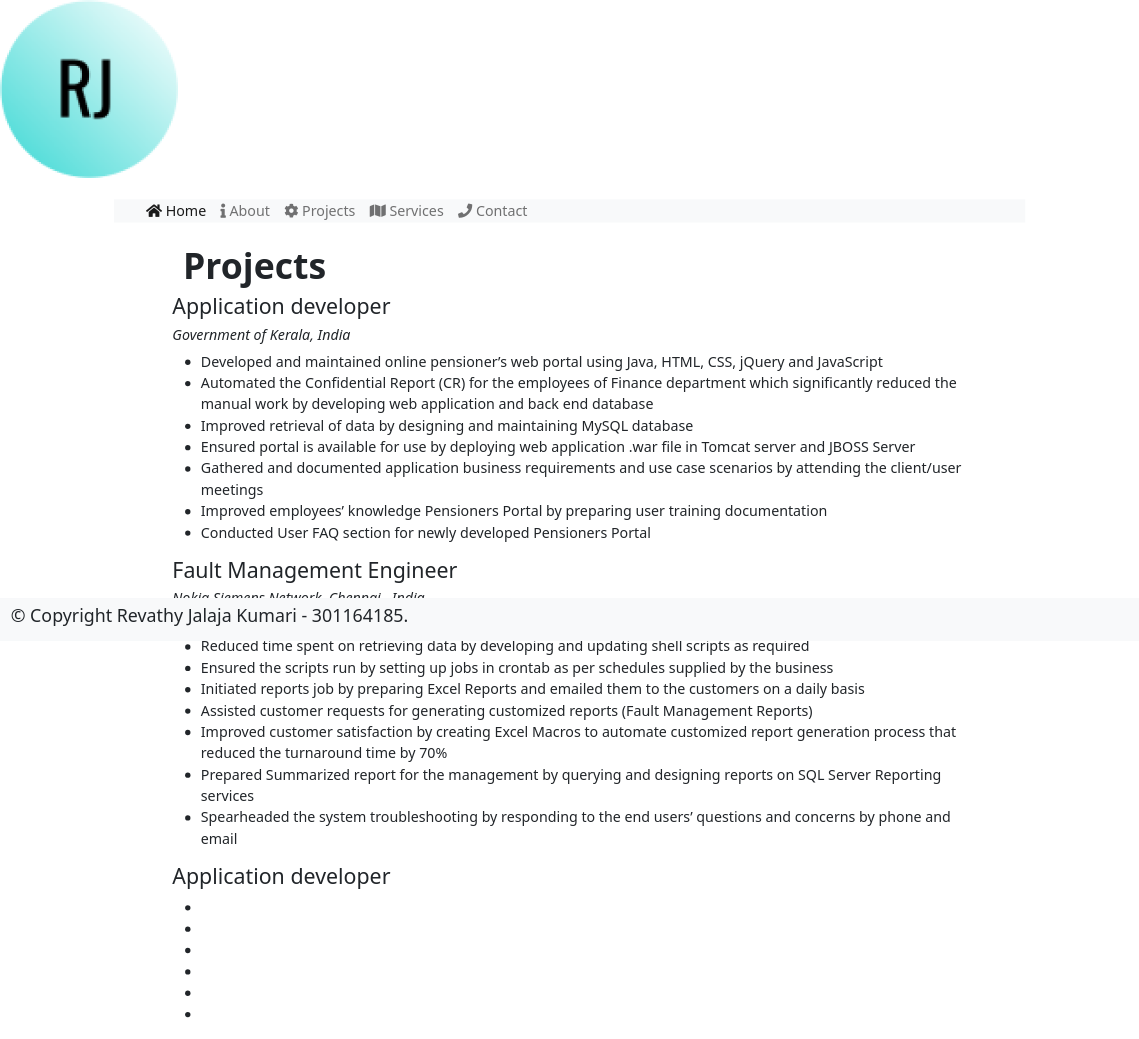
Repository: RevathyJK/Portfolio
Page: http://localhost/projects
The author's editor kept a copy of each file at every save. The page is drawn from the files as they stood at one save, then again after the next save.
The browser window is 1280 px wide. The pictures show the whole page, at 89% of full size.
The page is served by the project's Node server (server.js). Other server files are loaded and not shown.

Above is the page before, as saved 2021-10-01 11:13:23.

### Server/Views/index.ejs
<!DOCTYPE html>
<html lang="en">
<head>
    <meta charset="UTF-8">
    <meta http-equiv="X-UA-Compatible" content="IE=edge">
    <meta name="viewport" content="width=device-width, initial-scale=1.0">
    <title><%= title %></title>
    <!-- CSS Section -->
    <link rel="stylesheet" href="./Content/app.css">
    <link rel="stylesheet" href="./bootstrap/dist/css/bootstrap.min.css">
    <link rel="stylesheet" href="./@fortawesome/fontawesome-free/css/all.min.css">
</head>
<body>
    <!-- Main Navigation Section -->
    <header>
      <%- include('components/header.ejs'); %>
    </header>


    <!-- Content Section -->
    <main>
      <div class="container">
        <%- include('content/' + page + '.ejs'); %>
      </div>
    </main>

    <footer>
    <%- include('components/footer.ejs'); %>
    </footer>

    <!-- JavaScript Section -->
    <script src="./jquery/dist/jquery.min.js"></script>
    <script src="./bootstrap/dist/js/bootstrap.min.js"></script>
    <script src="./@fortawesome/fontawesome-free/js/all.min.js"></script>

    <script src="./Scripts/app.js"></script>
</body>
</html>

### Server/Views/components/header.ejs
<img src="logo.png"> <br><br>
<div id="allPage">
<nav class="navbar navbar-expand-lg navbar-light bg-light">
  <div class="container-fluid">
    <a class="navbar-brand"></a>
    <button class="navbar-toggler" type="button" data-bs-toggle="collapse" data-bs-target="#navbarSupportedContent" aria-controls="navbarSupportedContent" aria-expanded="false" aria-label="Toggle navigation">
      <span class="navbar-toggler-icon"></span>
    </button>
    <div class="collapse navbar-collapse" id="navbarSupportedContent" >
      <ul class="navbar-nav ms-auto mb-2 mb-lg-0">
        <li class="nav-item">
          <a class="nav-link active" href="/home"><i class="fas fa-home"></i> Home</a>
        </li>
        <li class="nav-item">
          <a class="nav-link" href="/about"><i class="fas fa-info"></i> About</a>
        </li>
        <li class="nav-item">
          <a class="nav-link" href="/projects"><i class="fas fa-cog"></i> Projects</a>
        </li>
        <li class="nav-item">
          <a class="nav-link" href="/services"><i class="fas fa-map"></i> Services</a>
        </li>

        <li class="nav-item">
          <a class="nav-link" href="/contact"><i class="fas fa-phone"></i> Contact</a>
        </li>
      </ul>
    </div>
  </div>
</nav>
<br>

</div>

### Server/Views/content/projects.ejs
<div id ="allPage">
<div class="container">
        <h1><strong><%= title %></strong></h1>
</div>

<div>
<tr>
        <h4>Application developer</h4>
        <h6><i>Government of Kerala, India</i></h6>
        <ul>
                <li>Developed and maintained online pensioner’s web portal using Java, HTML, CSS, jQuery and JavaScript </li>
		<li>Automated the Confidential Report (CR) for the employees of Finance department which significantly reduced the manual work by developing web application and back end database  </li>
		<li>Improved retrieval of data by designing and maintaining MySQL database </li>
		<li>Ensured portal is available for use by deploying web application .war file in Tomcat server and JBOSS Server</li>
		<li>Gathered and documented application business requirements and use case scenarios by attending the client/user meetings</li>
		<li>Improved employees’ knowledge Pensioners Portal by preparing user training documentation </li>
		<li>Conducted User FAQ section for newly developed Pensioners Portal</li>
        </ul>
</tr>

<tr>
        <h4>Fault Management Engineer</h4>
        <h6><i>Nokia Siemens Network, Chennai , India</i></h6>
        <ul>
                <li>Minimized the data retrieval time by migrating reports from VBA Macros to web-based reports</li>
		<li>Reduced time spent on retrieving data by developing and updating shell scripts as required </li>
		<li>Ensured the scripts run by setting up jobs in crontab as per schedules supplied by the business </li>
                <li>Initiated reports job by preparing Excel Reports and emailed them to the customers on a daily basis </li>
                <li>Assisted customer requests for generating customized reports (Fault Management Reports) </li>
                <li>Improved customer satisfaction by creating Excel Macros to automate customized report generation process that reduced the turnaround time by 70%  </li>
                <li>Prepared Summarized report for the management by querying and designing reports on SQL Server Reporting services </li>
                <li>Spearheaded the system troubleshooting by responding to the end users’ questions and concerns by phone and email </li>

        </ul>
</tr>


<tr>
        <h4>Application developer</h4>
        <ul>
                <li> </li>
                <li> </li>
                <li> </li>
                <li> </li>
                <li> </li>
                <li> </li>
        </ul>
</tr>




</div>
</div>

### Server/Views/components/footer.ejs
<div id ="allPage">
<nav class="navbar fixed-bottom navbar-light bg-light">
    <div class="container-fluid">
        <h5>&copy; Copyright Revathy Jalaja Kumari - 301164185.</h5>
    </div>
</nav>
</div>

### server.js
#!/usr/bin/env node
"use strict";
/**
 * Module dependencies.
 */
var __importDefault = (this && this.__importDefault) || function (mod) {
    return (mod && mod.__esModule) ? mod : { "default": mod };
};
Object.defineProperty(exports, "__esModule", { value: true });
const app_1 = __importDefault(require("./Server/Config/app"));
const debug_1 = __importDefault(require("debug"));
(0, debug_1.default)('comp229-f2021-lesson4:server');
const http_1 = __importDefault(require("http"));
/**
 * Get port from environment and store in Express.
 */
let port = normalizePort(process.env.PORT || '3000');
app_1.default.set('port', port);
/**
 * Create HTTP server.
 */
let server = http_1.default.createServer(app_1.default);
/**
 * Listen on provided port, on all network interfaces.
 */
server.listen(port);
server.on('error', onError);
server.on('listening', onListening);
/**
 * Normalize a port into a number, string, or false.
 */
function normalizePort(val) {
    let port = parseInt(val, 10);
    if (isNaN(port)) {
        // named pipe
        return val;
    }
    if (port >= 0) {
        // port number
        return port;
    }
    return false;
}
/**
 * Event listener for HTTP server "error" event.
 */
function onError(error) {
    if (error.syscall !== 'listen') {
        throw error;
    }
    let bind = typeof port === 'string'
        ? 'Pipe ' + port
        : 'Port ' + port;
    // handle specific listen errors with friendly messages
    switch (error.code) {
        case 'EACCES':
            console.error(bind + ' requires elevated privileges');
            process.exit(1);
            break;
        case 'EADDRINUSE':
            console.error(bind + ' is already in use');
            process.exit(1);
            break;
        default:
            throw error;
    }
}
/**
 * Event listener for HTTP server "listening" event.
 */
function onListening() {
    let addr = server.address();
    let bind = typeof addr === 'string'
        ? 'pipe ' + addr
        : 'port ' + addr.port;
    (0, debug_1.default)('Listening on ' + bind);
}
//# sourceMappingURL=server.js.map

### Server/Routes/index.js
"use strict";
var __importDefault = (this && this.__importDefault) || function (mod) {
    return (mod && mod.__esModule) ? mod : { "default": mod };
};
Object.defineProperty(exports, "__esModule", { value: true });
const express_1 = __importDefault(require("express"));
const router = express_1.default.Router();
exports.default = router;

/* GET home page. */
router.get('/', function (req, res, next) {
    res.render('index', { title: 'Home', page: 'home' });
});
/* GET home page. */
router.get('/home', function (req, res, next) {
    res.render('index', { title: 'Home', page: 'home' });
});
/* GET about page. */
router.get('/about', function (req, res, next) {
    res.render('index', { title: 'Revathy Jalaja Kumari', page: 'about' });
});
/* GET projects page. */
router.get('/projects', function (req, res, next) {
    res.render('index', { title: 'Projects', page: 'projects' });
});
/* GET services page. */
router.get('/services', function (req, res, next) {
    res.render('index', { title: 'Services', page: 'services' });
});
/* GET contact page. */
router.get('/contact', function (req, res, next) {
    res.render('index', { title: 'Contact Me', page: 'contact' });
});





//module.exports = router;
//# sourceMappingURL=index.js.map

### Client/Content/app.css
#allPage {
	width: 80%;
      margin: auto;
      max-width: 1200px;
      display: grid;
	/*grid-template-columns: 150px auto auto;
	grid-template-rows: auto auto auto ; */
}

nav ul {
    display: flex;
    flex-direction: column;
    flex-wrap: nowrap;
    color: #FFFFFF;
    position: absolute;
}

### Client/Scripts/app.js
"use strict";
/* custom js goes here */
// IIFE - Immediately Invoked Function Expression (AKA an anonymous self-executing function)
(function () {
    function Start() {
        console.log("App Started...");
    }
    window.addEventListener("load", Start);
})();
//# sourceMappingURL=app.js.map

After the next save:
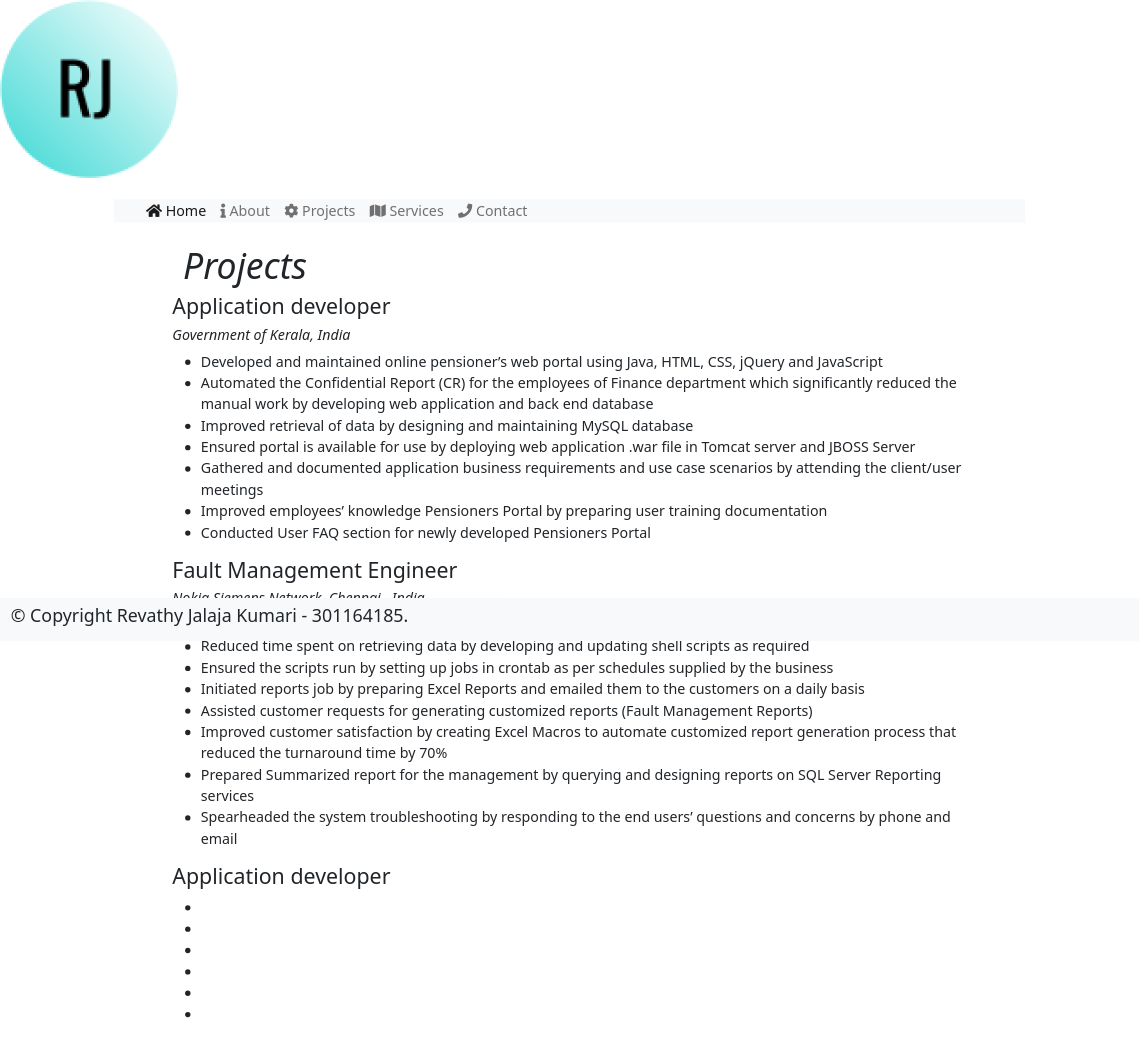
Saved 13 s later.
--- a/Server/Views/content/projects.ejs
+++ b/Server/Views/content/projects.ejs
@@ -1,6 +1,6 @@
 <div id ="allPage">
 <div class="container">
-        <h1><strong><%= title %></strong></h1>
+        <h1><em><%= title %></em></h1>
 </div>
 
 <div>
